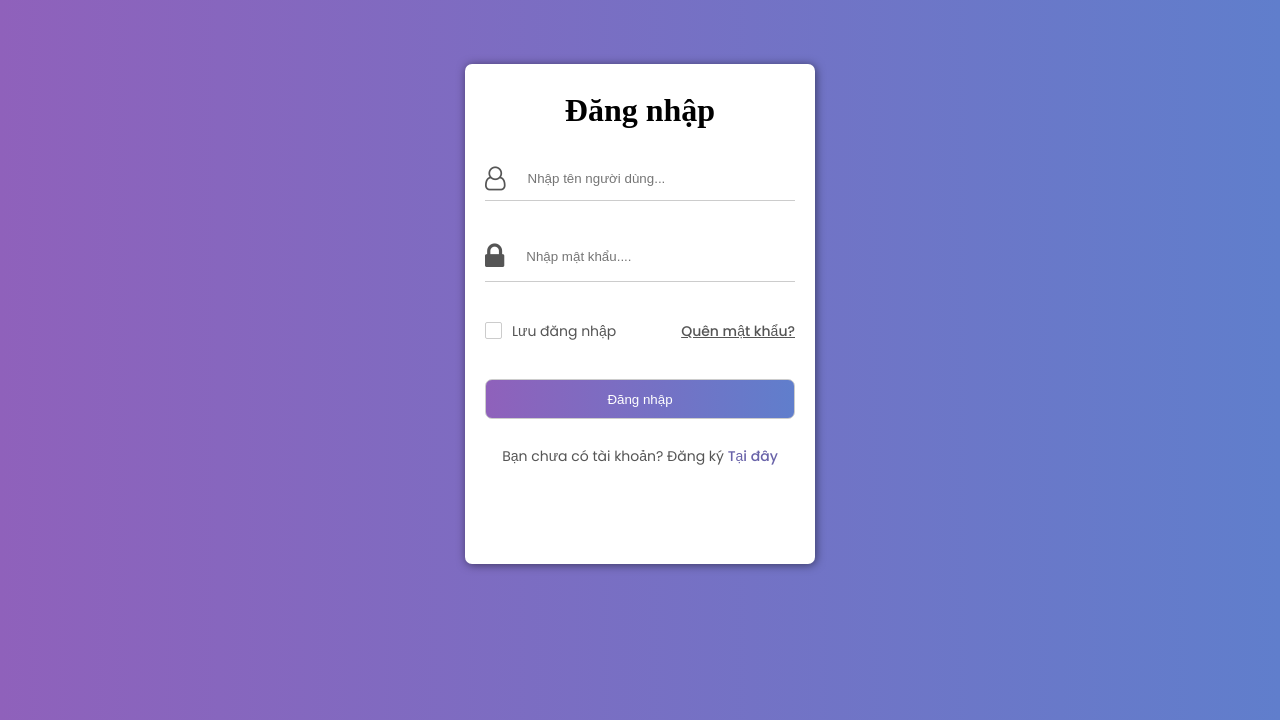
Repository: Nieday306/shophoaqua
Page: login.html
These files come from the project's save history. The page is drawn as it stood at one moment and after the next save; the edit follows.
The browser window is 1280 px wide. The pictures show the whole page.

Above is the page before, as saved 2024-04-06 19:47:52.

After the next save:
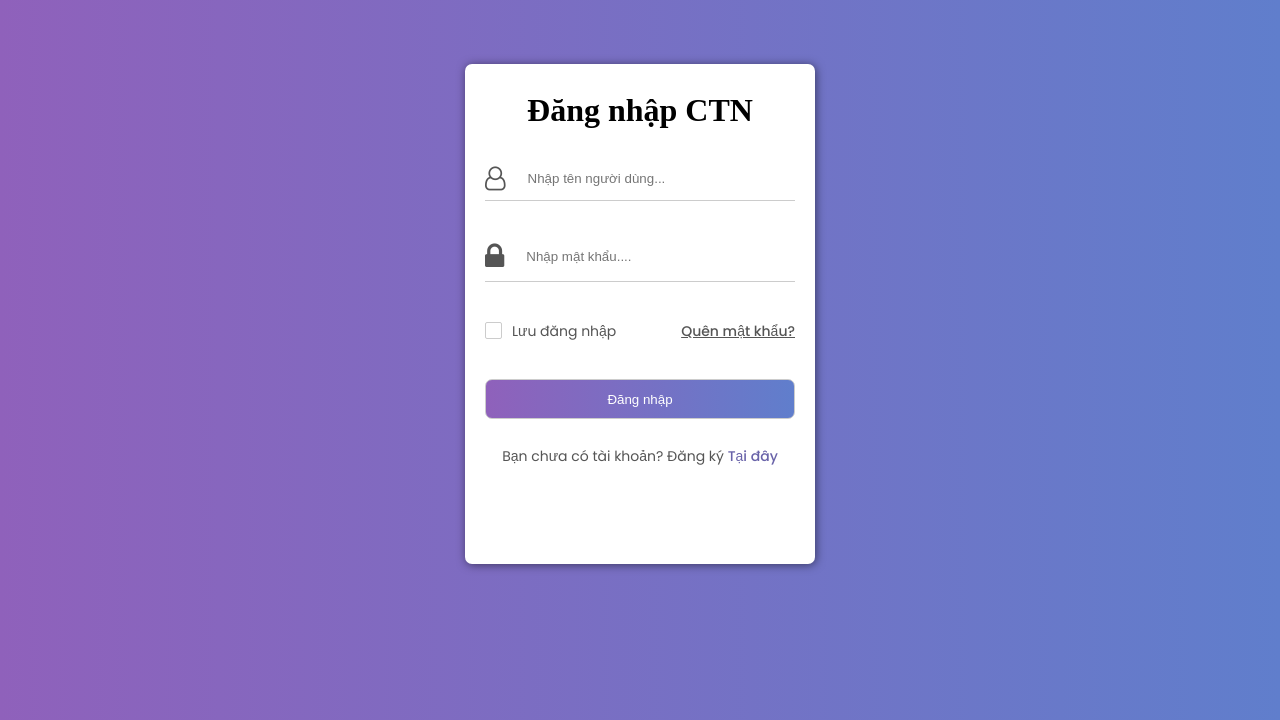
Saved 77 min 52 s later.
--- a/login.html
+++ b/login.html
@@ -26,7 +26,7 @@
           method="post"
           autocomplete="off"
         >
-          <h1 class="login-title">Đăng nhập</h1>
+          <h1 class="login-title">Đăng nhập CTN</h1>
           <div class="form-group">
             <div class="row row-text">
               <label for="username"

After the save that followed:
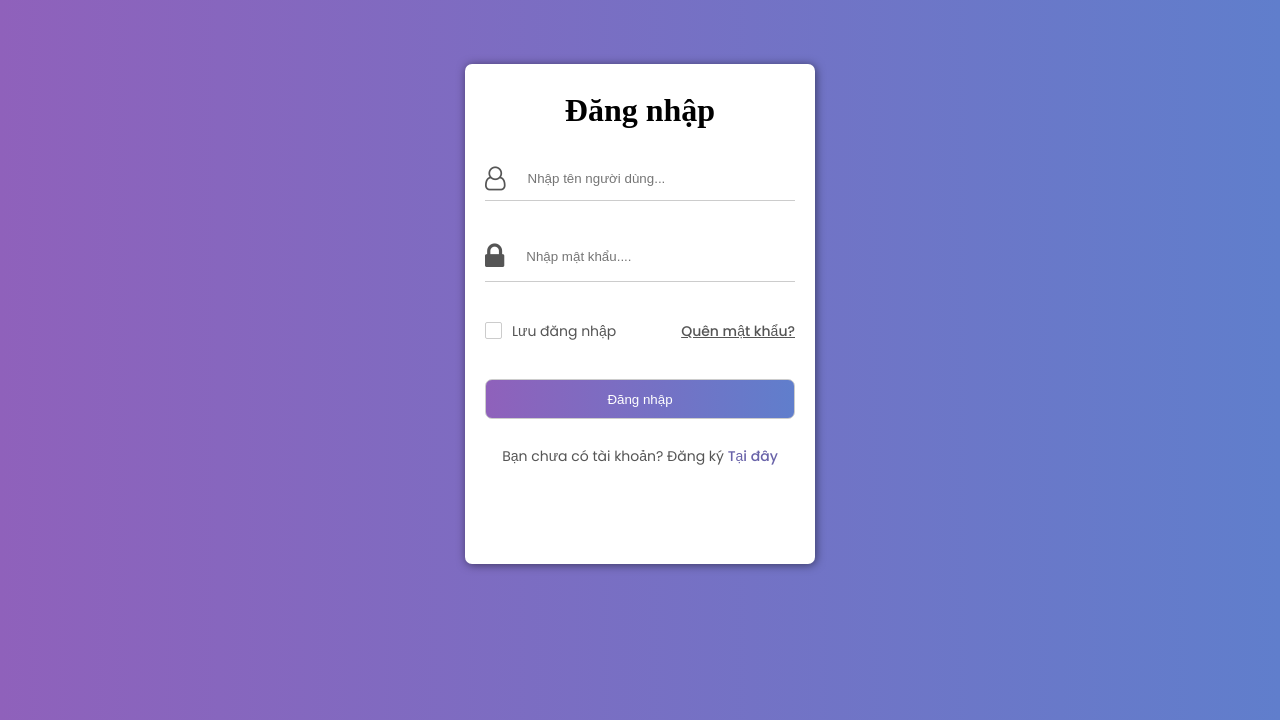
Saved 5 s later.
--- a/login.html
+++ b/login.html
@@ -26,7 +26,7 @@
           method="post"
           autocomplete="off"
         >
-          <h1 class="login-title">Đăng nhập CTN</h1>
+          <h1 class="login-title">Đăng nhập</h1>
           <div class="form-group">
             <div class="row row-text">
               <label for="username"
